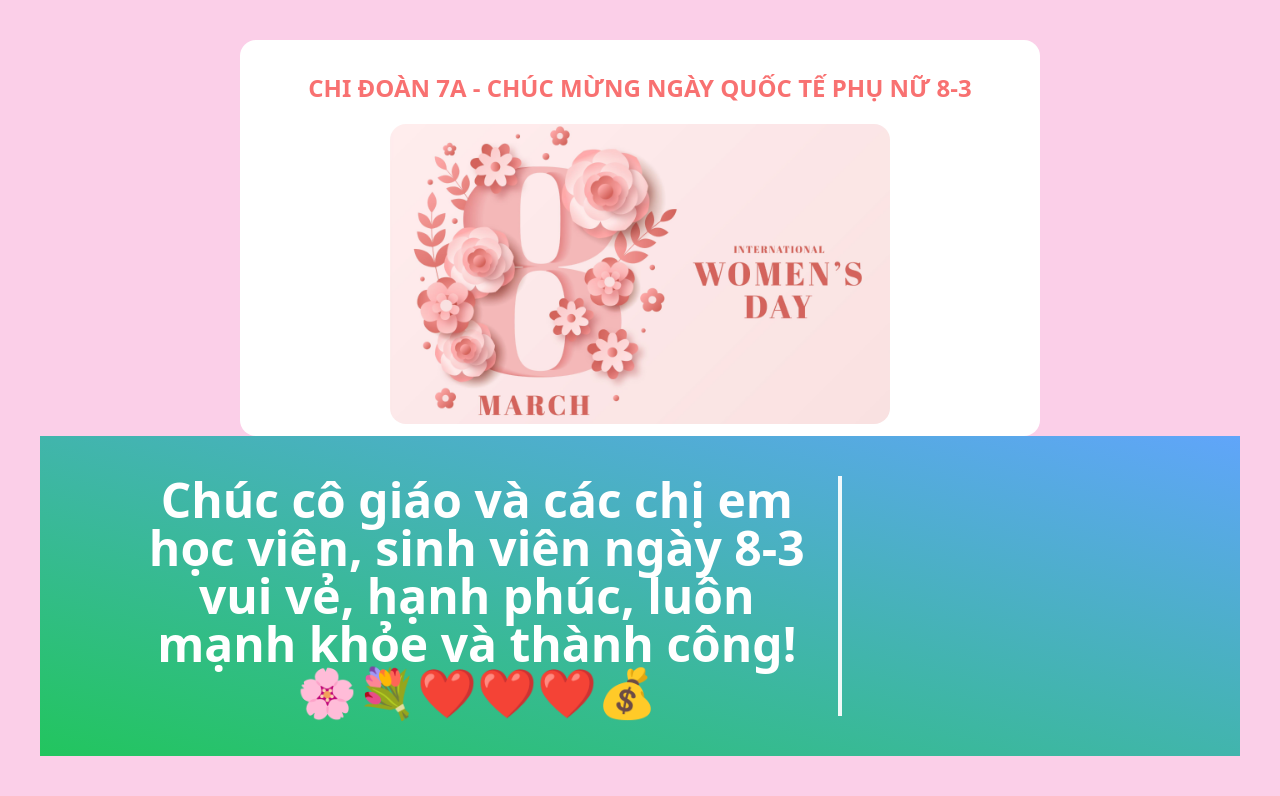
Repository: hoang0508/web-837A
Page: /
An editor plug-in stored every save of this project. The page is shown before and after the next save, followed by the edit.
The browser window is 1280 px wide. The pictures show the whole page.
Some web fonts or font styles are not loaded; a fallback is used. The project was rebuilt for these pictures with package versions that can differ from the ones it lists, and the page was loaded fresh each time. Also part of the build but not shown: vite.config.js.

Above is the page before, as saved 2025-02-28 18:57:04.

After the next save:
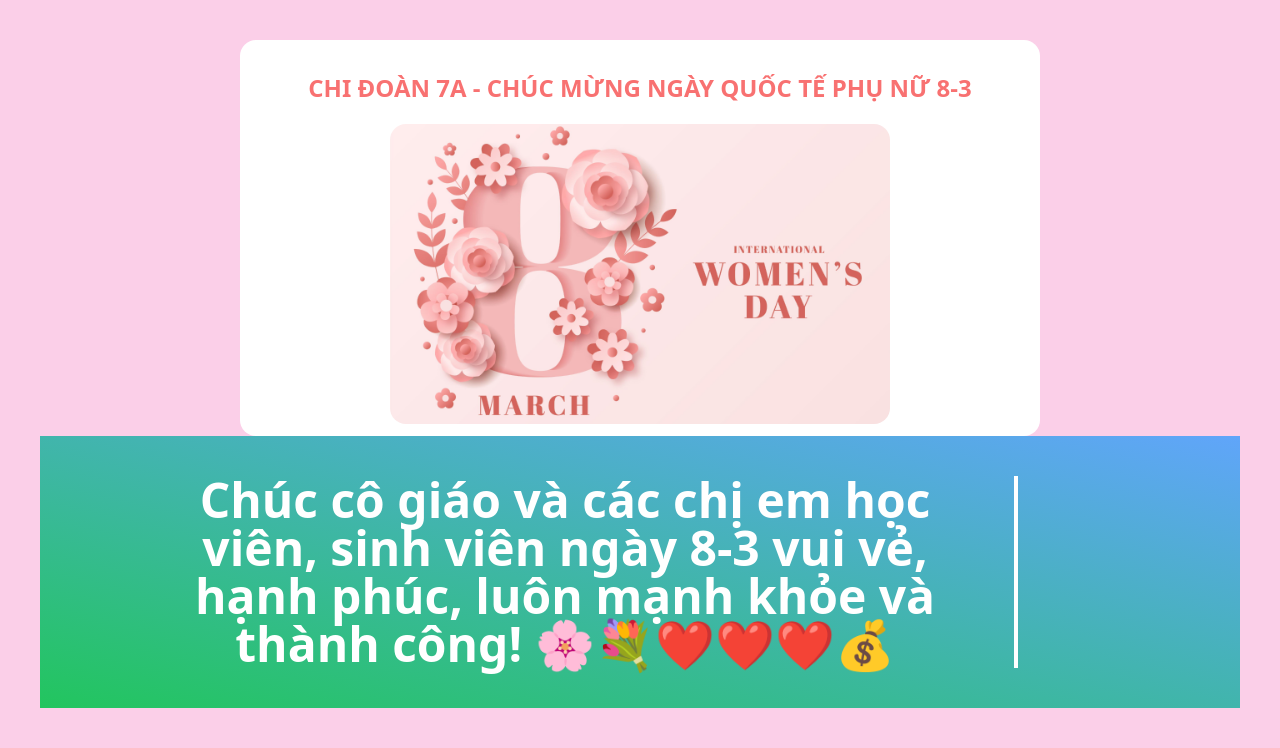
Saved 19 s later.
--- a/tailwind.config.js
+++ b/tailwind.config.js
@@ -23,7 +23,7 @@ export default {
         },
       },
       animation: {
-        typing: "typing 2s steps(20) infinite alternate, blink .7s infinite",
+        typing: "typing 5s steps(40) infinite alternate, blink .10s infinite",
       },
     },
   },
